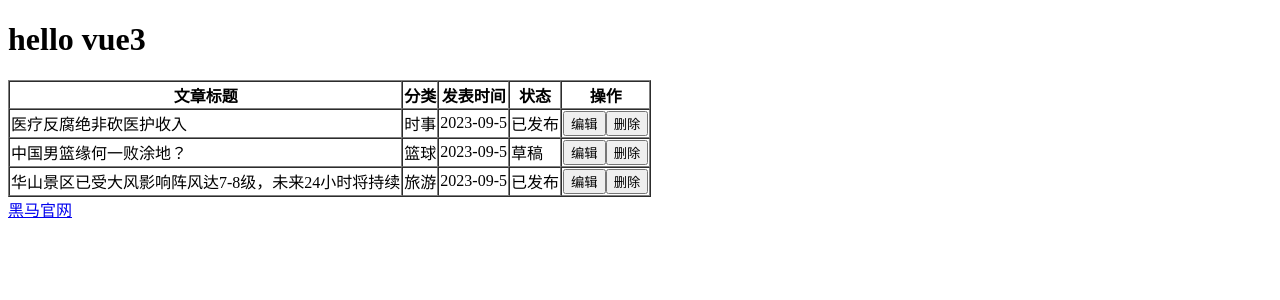
Repository: Viana05/MRGIS_front
Page: vue_learn.html
The author's editor kept a copy of each file at every save. The page is drawn from the files as they stood at one save, then again after the next save.
The browser window is 1280 px wide. The pictures show the whole page.

Above is the page before, as saved 2025-03-10 17:20:09.

### vue_learn.html
<!DOCTYPE html>
<html lang="en">
  <head>
    <meta charset="UTF-8" />
    <meta name="viewport" content="width=device-width, initial-scale=1.0" />
    <title>Document</title>
  </head>
  <body>
    <div id="app">
      <!-- 数据响应 -->
      <h1>{{msg}}</h1>
      <!-- v-for 数组数据 -->
      <table border="1 solid" colspa="0" cellspacing="0">
        <tr>
            <th>文章标题</th>
            <th>分类</th>
            <th>发表时间</th>
            <th>状态</th>
            <th>操作</th>
        </tr>
        <!-- 出现多次tr -->
        <tr v-for="(article,index) in articleList">
            <td>{{article.title}}</td>
            <td>{{article.category}}</td>
            <td>{{article.time}}</td>
            <td>{{article.state}}</td>
            <td>
                <button>编辑</button>
                <button>删除</button>
            </td>
        </tr>
      </table>
      <!-- v-bind 绑定数据 -->
      <a v-bind:href="url">黑马官网</a>
    </div>

    <!-- 引入vue模块 -->
    <script type="module">
      import { createApp } from "https://unpkg.com/vue@3/dist/vue.esm-browser.js";
      // 创建vue的应用实例
      createApp({
        data() {
          return {
            // 定义数据
            // 数据响应
            msg: "hello vue3",
            // v-for 数组数据
            articleList: [
              {
                title: "医疗反腐绝非砍医护收入",
                category: "时事",
                time: "2023-09-5",
                state: "已发布",
              },
              {
                title: "中国男篮缘何一败涂地？",
                category: "篮球",
                time: "2023-09-5",
                state: "草稿",
              },
              {
                title: "华山景区已受大风影响阵风达7-8级，未来24小时将持续",
                category: "旅游",
                time: "2023-09-5",
                state: "已发布",
              },
            ],
            // v-bind 绑定数据
            url:"https://www.itheima.com",
          };
        },
      }).mount("#app");
    </script>
  </body>
</html>

After the next save:
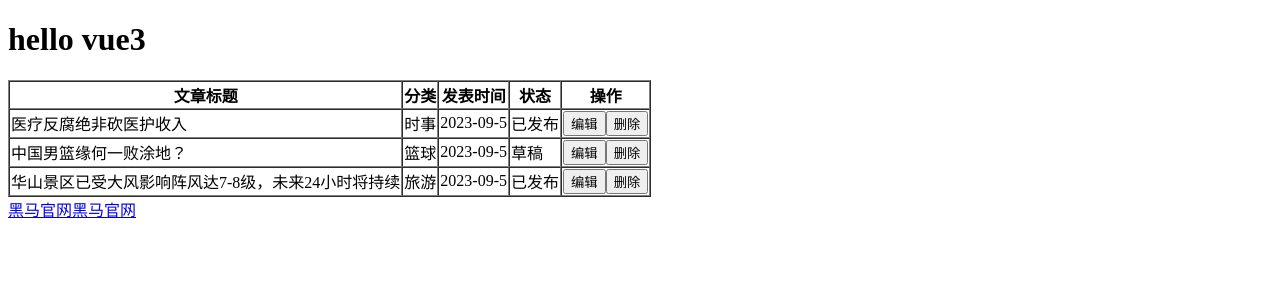
Saved 11 s later.
--- a/vue_learn.html
+++ b/vue_learn.html
@@ -32,6 +32,7 @@
       </table>
       <!-- v-bind 绑定数据 -->
       <a v-bind:href="url">黑马官网</a>
+      <a :href="url">黑马官网</a>
     </div>
 
     <!-- 引入vue模块 -->
